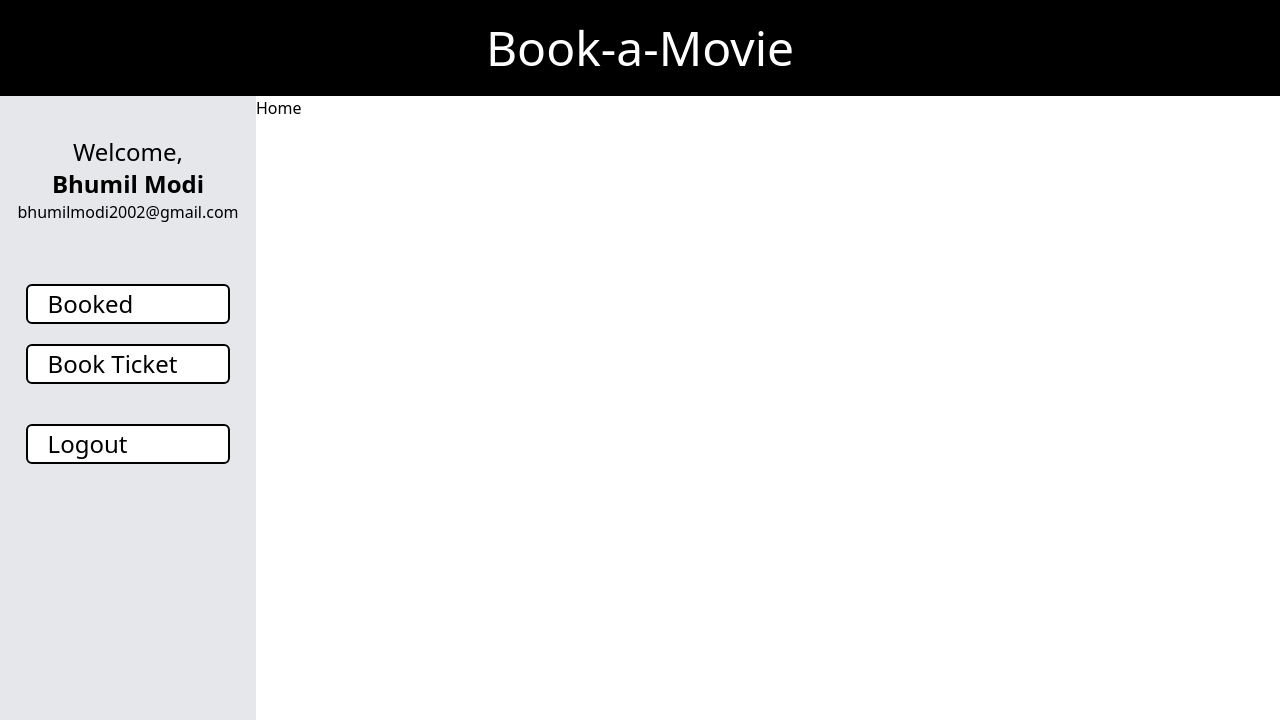
Repository: BhumilModi/movie-booking-app-assignment
Page: /Home
These files come from the project's save history. The page is drawn as it stood at one moment and after the next save; the edit follows.
The browser window is 1280 px wide. The pictures show the whole page.
The project was rebuilt for these pictures with package versions that can differ from the ones it lists, and the page was loaded fresh each time. Also part of the build but not shown: src/App.css, src/components/Login.jsx, src/components/SignUp.jsx.

Above is the page before, as saved 2022-11-29 19:24:09.

After the next save:
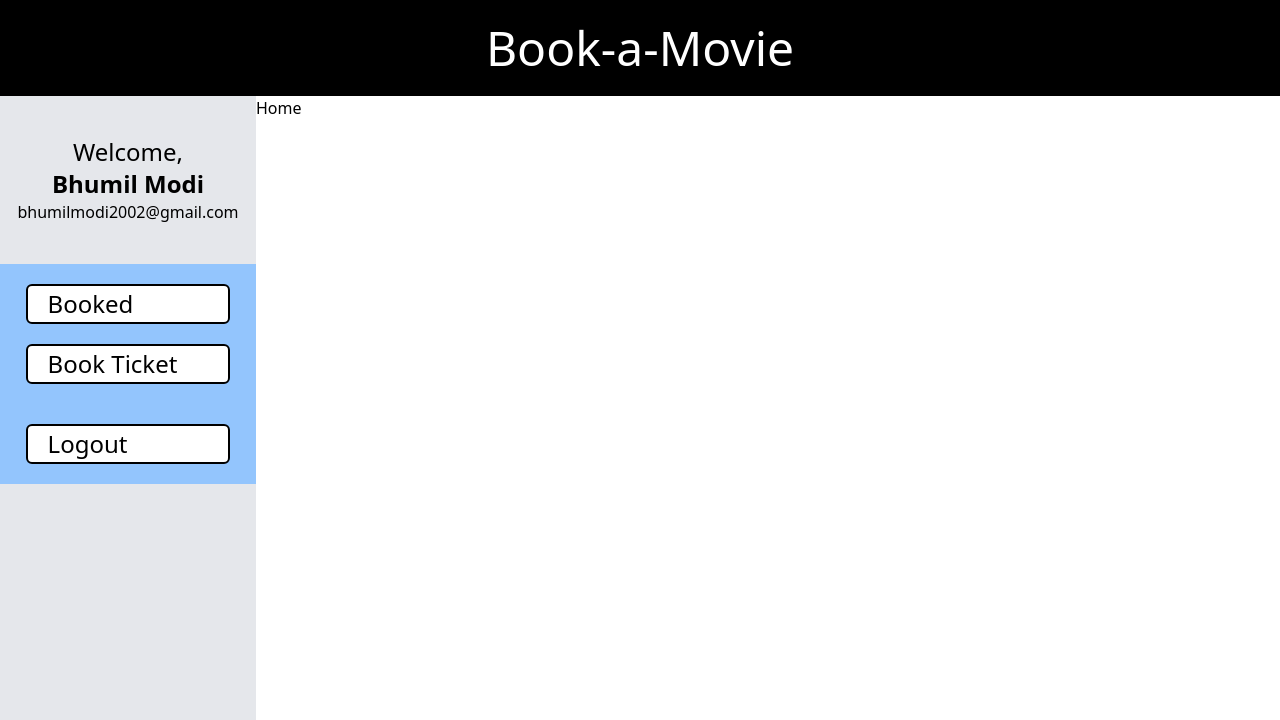
Saved 21 s later.
--- a/src/components/Sidebar.jsx
+++ b/src/components/Sidebar.jsx
@@ -8,7 +8,7 @@ function Sidebar() {
         <div className="text-2xl font-semibold">Bhumil Modi</div>
         <div className="text-md">bhumilmodi2002@gmail.com</div>
       </div>
-      <div className="flex flex-col justify-between">
+      <div className="flex flex-col justify-between bg-blue-300">
         <div>
           <div className="bg-white w-[80%] mx-auto px-5 h-10 border-black border-2 rounded-md text-[24px] my-5">
             Booked
